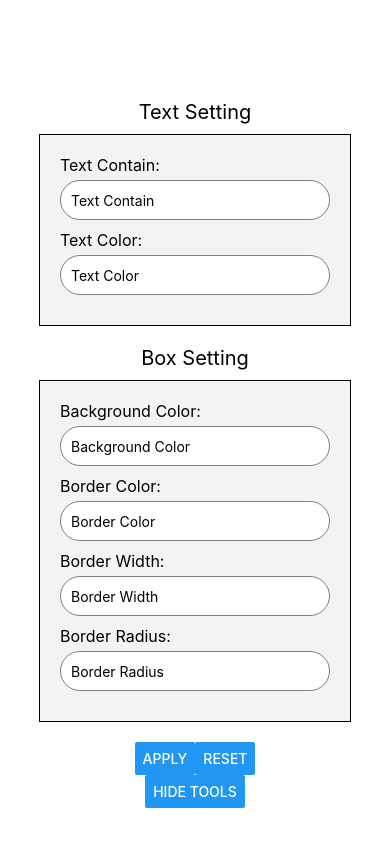
Repository: amirjavadikia/mobile-projectg
Screen: /
The author's editor kept a copy of each file at every save. The screen is drawn from the files as they stood at one save, then again after a run of saves.
An inner scrolling area shows only its first screen. The app was drawn by React Native's web renderer in a window 390 px wide. The project was rebuilt for these pictures with package versions that can differ from the ones it lists, and the page was loaded fresh each time.

Above is the screen before, as saved 2024-05-13 22:40:45.

After the next 2 saves:
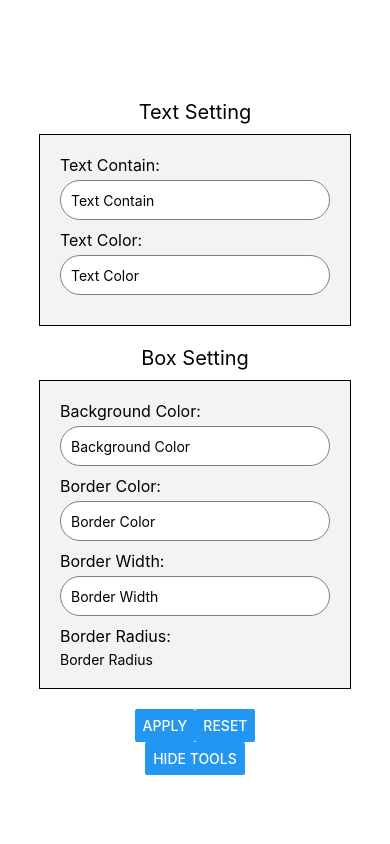
The 2 saves are shown as one change because they came seconds apart.
The last was saved 116 s later.
--- a/App.tsx
+++ b/App.tsx
@@ -198,7 +198,7 @@
               />
               <Text style={styles.label}>Border Radius:</Text>
               <TextInput
-                style={styles.input}
+                style={styles.input, { backgroundColor: newBorderRadius }}
                 onChangeText={handleBorderRadiusChange}
                 value={newBorderRadius}
                 placeholder="Border Radius"

After the 6 saves that followed:
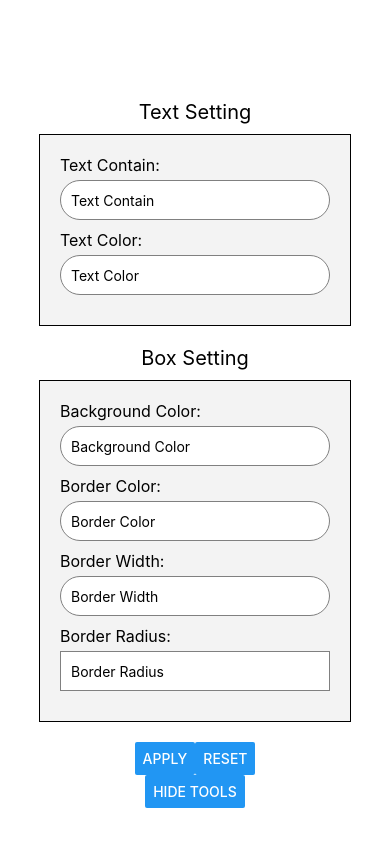
The 6 saves are shown as one change because 1 did not build or start and 2 left the picture as it was and some came seconds apart.
The last was saved 28 s later.
--- a/App.tsx
+++ b/App.tsx
@@ -198,7 +198,7 @@
               />
               <Text style={styles.label}>Border Radius:</Text>
               <TextInput
-                style={styles.input, { backgroundColor: newBorderRadius }}
+                style={[styles.input, { borderRadius: newBorderRadius }]}
                 onChangeText={handleBorderRadiusChange}
                 value={newBorderRadius}
                 placeholder="Border Radius"
